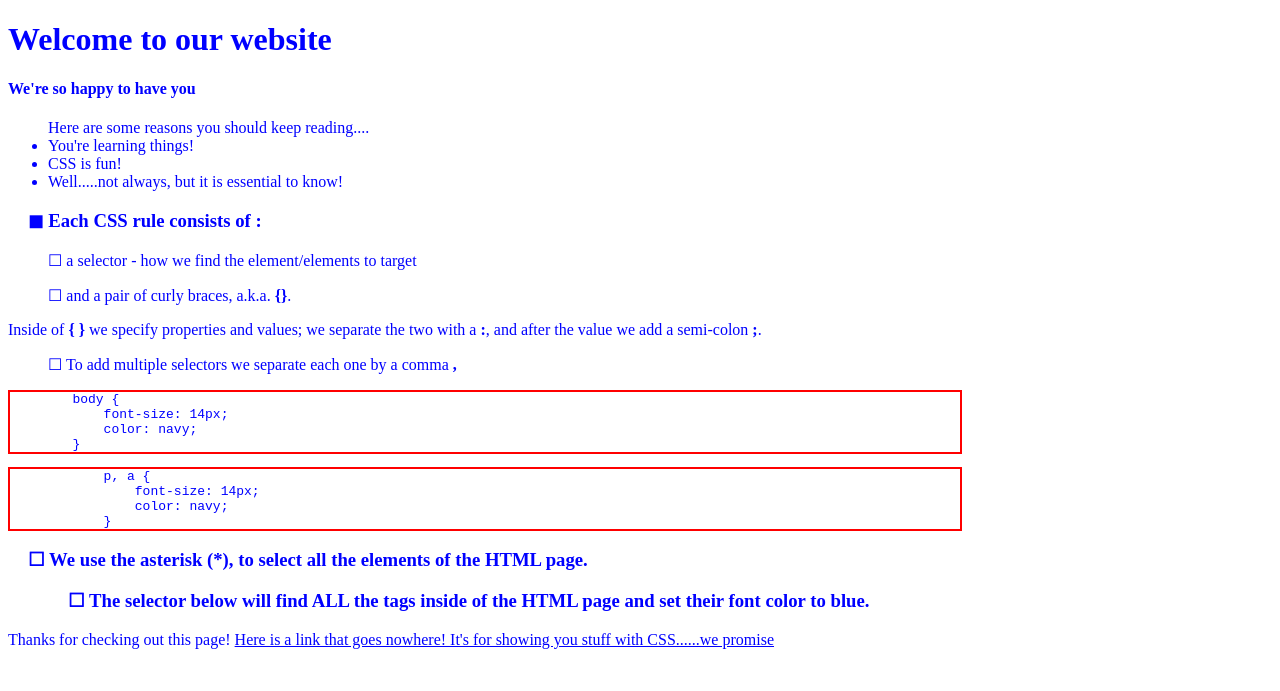
Repository: AnnaSpirit/Tests__
Page: CSS/Useful_Selectors.html
An editor plug-in stored every save of this project. The page is shown before and after a run of saves, followed by the edit.
The browser window is 1280 px wide. The pictures show the whole page.

Above is the page before, as saved 2024-04-01 12:40:24.

### CSS/Useful_Selectors.html
<!DOCTYPE html>
<html lang="en">
<head>
    <meta charset="UTF-8">
    <meta name="viewport" content="width=device-width, initial-scale=1.0">
    <title>Useful Selectors</title>
    <link rel="stylesheet" href="style_Selectors.css">
</head>
<body>
    <header>
        <h1>Welcome to our website</h1>
        <h4>We're so happy to have you</h4>
    </header>
    <section>
        <ul> Here are some reasons you should keep reading....
            <li>You're learning things!</li>
            <li>CSS is fun!</li>
            <li>Well.....not always, but it is essential to know!</li>
        </ul>
    </section>
    <section>
        <h3 style="padding-left: 20px;"> &#9724; Each CSS rule consists of :</h3>
            <p style="padding-left: 40px;"> &#9744; a selector - how we find the element/elements to target</p>
            <p style="padding-left: 40px;"> &#9744; and a pair of curly braces, a.k.a. <b>{}</b>.</p>
    <p>Inside of <b>{ }</b> we specify properties and values; we separate the two with a <b>:</b>, and after the value we add a semi-colon <b>;</b>.</p>
            <p style="padding-left: 40px;"> &#9744; To add multiple selectors we separate each one by a comma <b>,</b></p>
    <span > <pre style="border: 2px solid red; margin-right: 310px">
        body {
            font-size: 14px;
            color: navy;
        }</pre></span>
    <span>
        <pre style="border: 2px solid red; margin-right: 310px">
            p, a {
                font-size: 14px;
                color: navy;
            }</pre>
        </span>
        </h3>
        <h3 style="padding-left: 20px; > &#9724; Universal Selector</h3>
        <p style="padding-left: 40px;">&#9744; We use the asterisk (*), to select all the elements of the HTML page. </p>
        <p style="padding-left: 40px;">&#9744; The selector below will find ALL the tags inside of the HTML page and set their font color to blue.</p>
    </section>
    <footer>
        <p>
            Thanks for checking out this page!
            <a href="#">Here is a link that goes nowhere! It's for showing you stuff with CSS......we promise</a>
        </p>
    </footer>
</body>
</html>

### CSS/style_Selectors.css
/* Universal Selector */
* {
    color: blue;
}

After the next 2 saves:
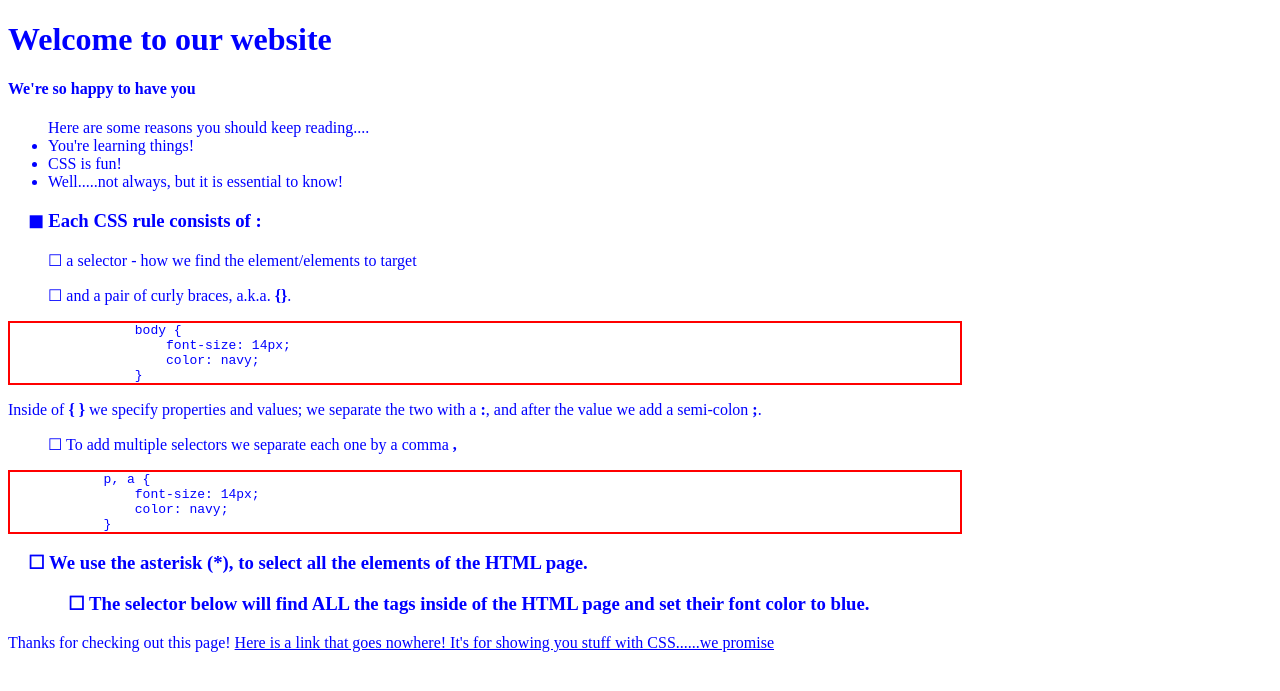
The 2 saves are shown as one change because they came seconds apart.
The last was saved 33 s later.
--- a/CSS/Useful_Selectors.html
+++ b/CSS/Useful_Selectors.html
@@ -22,13 +22,13 @@
         <h3 style="padding-left: 20px;"> &#9724; Each CSS rule consists of :</h3>
             <p style="padding-left: 40px;"> &#9744; a selector - how we find the element/elements to target</p>
             <p style="padding-left: 40px;"> &#9744; and a pair of curly braces, a.k.a. <b>{}</b>.</p>
+            <span > <pre style="border: 2px solid red; margin-right: 310px">
+                body {
+                    font-size: 14px;
+                    color: navy;
+                }</pre></span>
     <p>Inside of <b>{ }</b> we specify properties and values; we separate the two with a <b>:</b>, and after the value we add a semi-colon <b>;</b>.</p>
             <p style="padding-left: 40px;"> &#9744; To add multiple selectors we separate each one by a comma <b>,</b></p>
-    <span > <pre style="border: 2px solid red; margin-right: 310px">
-        body {
-            font-size: 14px;
-            color: navy;
-        }</pre></span>
     <span>
         <pre style="border: 2px solid red; margin-right: 310px">
             p, a {
